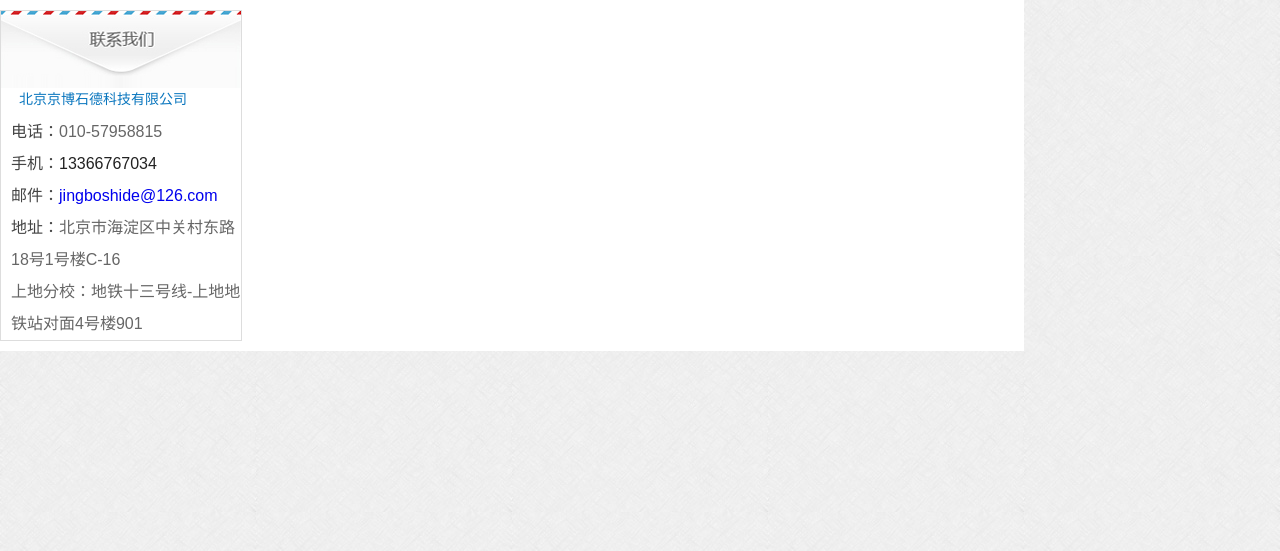
Repository: wzhcxw/shop
Page: ShopOnline/WebContent/about.html
These files come from the project's save history. The page is drawn as it stood at one moment and after the next save; the edit follows.
The browser window is 1280 px wide. The pictures show the whole page.

Above is the page before, as saved 2014-10-03 04:20:56.

### ShopOnline/WebContent/about.html
<!DOCTYPE HTML>
<html>
<head>
<title>公司简介</title>
<meta http-equiv="Content-Type" content="text/html; charset=utf-8" />
<meta name="viewport"
	content="width=device-width, initial-scale=1, maximum-scale=1">
<link href="./css/style.css" rel="stylesheet" type="text/css"
	media="all" />
<link href="./css/slider.css" rel="stylesheet" type="text/css"
	media="all" />
<link href="./css/menu.css" rel="stylesheet" type="text/css" media="all" />
<script type="text/javascript" src="./js/jquery-1.7.2.min.js"></script>
<script type="text/javascript" src="./js/script.js"></script>
<script type="text/javascript" src="./js/nav.js"></script>
<script type="text/javascript" src="./js/move-top.js"></script>
<script type="text/javascript" src="./js/easing.js"></script>
<script type="text/javascript" src="./js/nav-hover.js"></script>
</head>
<body>

	<div class="main" >
		<div class="content">
		  <div class = "section group">
				<div class="left_frame">
	    			 <div class="a_4"> <img src="./static/images/lxwm.jpg"  height="77" />
					     <span style="font-size: 14px;">北京京博石德科技有限公司</span>
							<p>
							<font color="#444444">电话：</font>010-57958815<br />
							<font color="#444444">手机：</font><font color="#222222">13366767034</font><br />
							<font color="#444444">邮件：</font><a href="mailto:jingboshide@126.com">jingboshide@126.com</a><br />
							<font color="#444444">地址：</font>北京市海淀区中关村东路18号1号楼C-16<br />
							上地分校：地铁十三号线-上地地铁站对面4号楼901</p>
				      </div>
				</div>

				<div class="right_frame">

				</div>

			</div>
		</div>
	</div>

</body>
</html>

### ShopOnline/WebContent/css/slider.css
*{
	margin:0;
	padding:0;
}
#slideshow{
	height:355px;
	position:relative;
	width:100%;
	z-index:1;
}
#slideshow ul{
	height:342px;
	left:0px;
	list-style:none outside none;
	overflow:hidden;
	position:absolute;
	top:10px;
	width:100%;
}
#slideshow li{
	position:absolute;
	display:none;
	z-index:10;
}
#slideshow li:first-child{
	display:block;
	z-index:1000;
}
#slideshow .slideActive{
	z-index:1000;
}
#slideshow canvas{
	display:none;
	position:absolute;
	z-index:100;
}
#slideshow .arrow{
	height:50px;
	width:33px;
	position:absolute;
	background:url(../images/arrows.png) no-repeat;
	top:50%;
	margin-top:-10px;
	cursor:pointer;
	z-index:5000;
}
#slideshow .previous{ background-position:left top;left:0px;}
#slideshow .previous:hover{ background-position:left bottom;}

#slideshow .next{ background-position:right top;right:0px;}
#slideshow .next:hover{ background-position:right bottom;}

### ShopOnline/WebContent/css/menu.css
/* dCodes Framework:(c) TemplateAccess */
ul.dc_mm-orange, ul.dc_mm-orange li {
	border: none;
	list-style: none;
}

ul.dc_mm-orange {
	background: #414045;
	background: -moz-linear-gradient(top, #414045 55%, #2f2e33 100%);
	background: -webkit-gradient(linear, left top, left bottom, color-stop(55%, #414045),
		color-stop(100%, #2f2e33));
	background: -webkit-linear-gradient(top, #414045 55%, #2f2e33 100%);
	background: -o-linear-gradient(top, #414045 55%, #2f2e33 100%);
	background: -ms-linear-gradient(top, #414045 55%, #2f2e33 100%);
	background: linear-gradient(to bottom, #414045 55%, #2f2e33 100%);
	filter: progid:DXImageTransform.Microsoft.gradient( startColorstr='#414045',
		endColorstr='#2f2e33', GradientType=0);
	font: normal 13px Arial, sans-serif;
	padding: 0;
	position: relative;
	width: 1024px;
}

ul.dc_mm-orange li ul {
	display: none;
}

ul.dc_mm-orange .sub {
	display: none;
}

ul.dc_mm-orange .sub ul {
	display: block;
}

ul.dc_mm-orange li {
	float: left;
	margin: 0;
	padding: 0;
}

ul.dc_mm-orange li a {
	color: #fff;
	display: block;
	float: left;
	font-size: 15px;
	padding: 20px 32px;
	text-decoration: none;
	text-shadow: 1px 1px 1px #000;
	text-transform: uppercase;
	font-family: 'Doppio One', sans-serif;
	border-left: 2px groove #636363;
}

ul.dc_mm-orange li a.dc-mega {
	position: relative;
}

ul.dc_mm-orange li a .dc-mega-icon {
	background: url(../images/down-arrow.png) no-repeat 0 0;
	display: block;
	height: 6px;
	position: absolute;
	right: 15px;
	top: 25px;
	width: 8px;
}

ul.dc_mm-orange li.mega-hover a, ul.dc_mm-orange li a:hover {
	color: #FFF;
	filter: progid:DXImageTransform.Microsoft.gradient(startColorstr='#70389c',
		endColorstr='#602d8d');
	background: -webkit-gradient(linear, left top, left bottom, from(#70389C),
		to(#602D8D));
	background: -moz-linear-gradient(top, #70389C, #602D8D);
	background: -o-linear-gradient(top, #70389C, #602D8D);
	background: -ms-linear-gradient(top, #70389C, #602D8D);
}

ul.dc_mm-orange li .sub-container {
	background: #F0F0F0;
	margin-left: -3px;
	padding-left: 20px;
	position: absolute;
	margin-top: 10px;
	box-shadow: 0px 0px 3px rgb(150, 150, 150);
}

ul.dc_mm-orange li .sub {
	padding: 20px 20px 20px 10px;
}

ul.dc_mm-orange li .sub-container.mega .sub {
	padding: 5px 20px 10px 0;
}

ul.dc_mm-orange li .sub .row {
	clear: both;
	overflow: hidden;
	width: 100%;
}

ul.dc_mm-orange li .sub li {
	float: none;
	font-size: 1em;
	font-weight: normal;
	list-style: none;
	width: 170px;
}

ul.dc_mm-orange li .sub li.mega-hdr {
	float: left;
	margin: 0 10px 10px 0;
}

ul.dc_mm-orange li .sub li.mega-hdr.last {
	margin-right: 0;
}

ul.dc_mm-orange li .sub a {
	background: none;
	border: none;
	color: #111;
	display: block;
	float: none;
	font-size: 0.9em;
	padding: 7px 10px;
	text-decoration: none;
	text-shadow: none;
}

ul.dc_mm-orange li .sub li.mega-hdr a.mega-hdr-a {
	filter: progid:DXImageTransform.Microsoft.gradient(startColorstr='#70389c',
		endColorstr='#602d8d');
	background: -webkit-gradient(linear, left top, left bottom, from(#70389C),
		to(#602D8D));
	background: -moz-linear-gradient(top, #70389C, #602D8D);
	background: -o-linear-gradient(top, #70389C, #602D8D);
	background: -ms-linear-gradient(top, #70389C, #602D8D);
	color: #fff;
	font-weight: bold;
	margin-bottom: 5px;
	padding: 5px 5px 5px 15px;
	font-family: Arial, Helvetica, sans-serif;
	text-transform: uppercase;
}

ul.dc_mm-orange li .sub li.mega-hdr a.mega-hdr-a:hover {
	color: #FFF;
}

ul.dc_mm-orange .sub li.mega-hdr li a {
	background: url(../images/drop_arrow.png) no-repeat 5px 8px;
	font-weight: normal;
	padding: 4px 5px 4px 20px;
}

ul.dc_mm-orange .sub li.mega-hdr li a:hover {
	background: #CCC9C9 url(../images/drop_arrow-hover.png) no-repeat 5px
		8px;
	color: #602D8D;
	text-decoration: none;
}

ul.dc_mm-orange .sub ul li {
	padding-right: 0;
}

ul.dc_mm-orange li .sub-container.non-mega .sub {
	padding: 5px 20px 20px 0;
}

ul.dc_mm-orange li .sub-container.non-mega li {
	margin: 0;
	padding: 0;
	width: 190px;
}

ul.dc_mm-orange li .sub-container.non-mega li a {
	background: url(../images/drop_arrow.png) no-repeat 7px 10px;
	padding: 7px 5px 7px 22px;
}

ul.dc_mm-orange li .sub-container.non-mega li a:hover {
	background: #CCC9C9 url(../images/drop_arrow-hover.png) no-repeat 7px
		10px;
	color: #602D8D;
}

Loaded but not shown: ShopOnline/WebContent/js/jquery-1.7.2.min.js (library); ShopOnline/WebContent/js/nav.js (library); ShopOnline/WebContent/js/easing.js (140 lines, source omitted); ShopOnline/WebContent/js/script.js (177 lines, source omitted); ShopOnline/WebContent/js/move-top.js (5 lines, source omitted); ShopOnline/WebContent/js/nav-hover.js (2 lines, source omitted); ShopOnline/WebContent/css/style.css (2066 lines, source omitted)

After the next save:
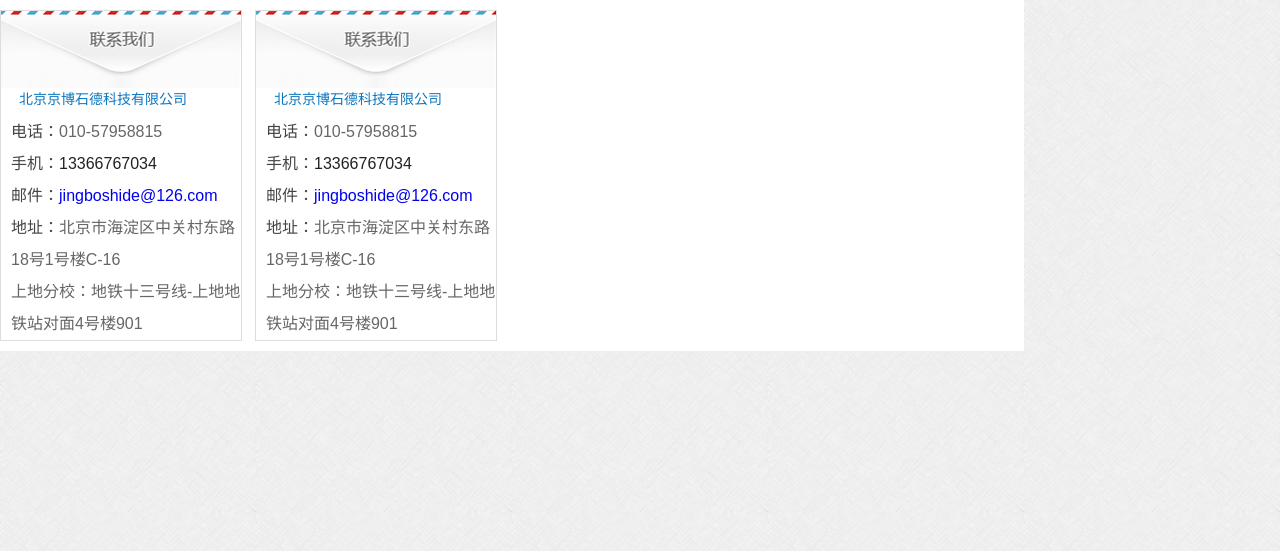
Saved 27 min 40 s later.
--- a/ShopOnline/WebContent/about.html
+++ b/ShopOnline/WebContent/about.html
@@ -35,7 +35,15 @@
 				</div>
 
 				<div class="right_frame">
-
+					    			 <div class="a_4"> <img src="./static/images/lxwm.jpg"  height="77" />
+					     <span style="font-size: 14px;">北京京博石德科技有限公司</span>
+							<p>
+							<font color="#444444">电话：</font>010-57958815<br />
+							<font color="#444444">手机：</font><font color="#222222">13366767034</font><br />
+							<font color="#444444">邮件：</font><a href="mailto:jingboshide@126.com">jingboshide@126.com</a><br />
+							<font color="#444444">地址：</font>北京市海淀区中关村东路18号1号楼C-16<br />
+							上地分校：地铁十三号线-上地地铁站对面4号楼901</p>
+				      </div>
 				</div>
 
 			</div>
